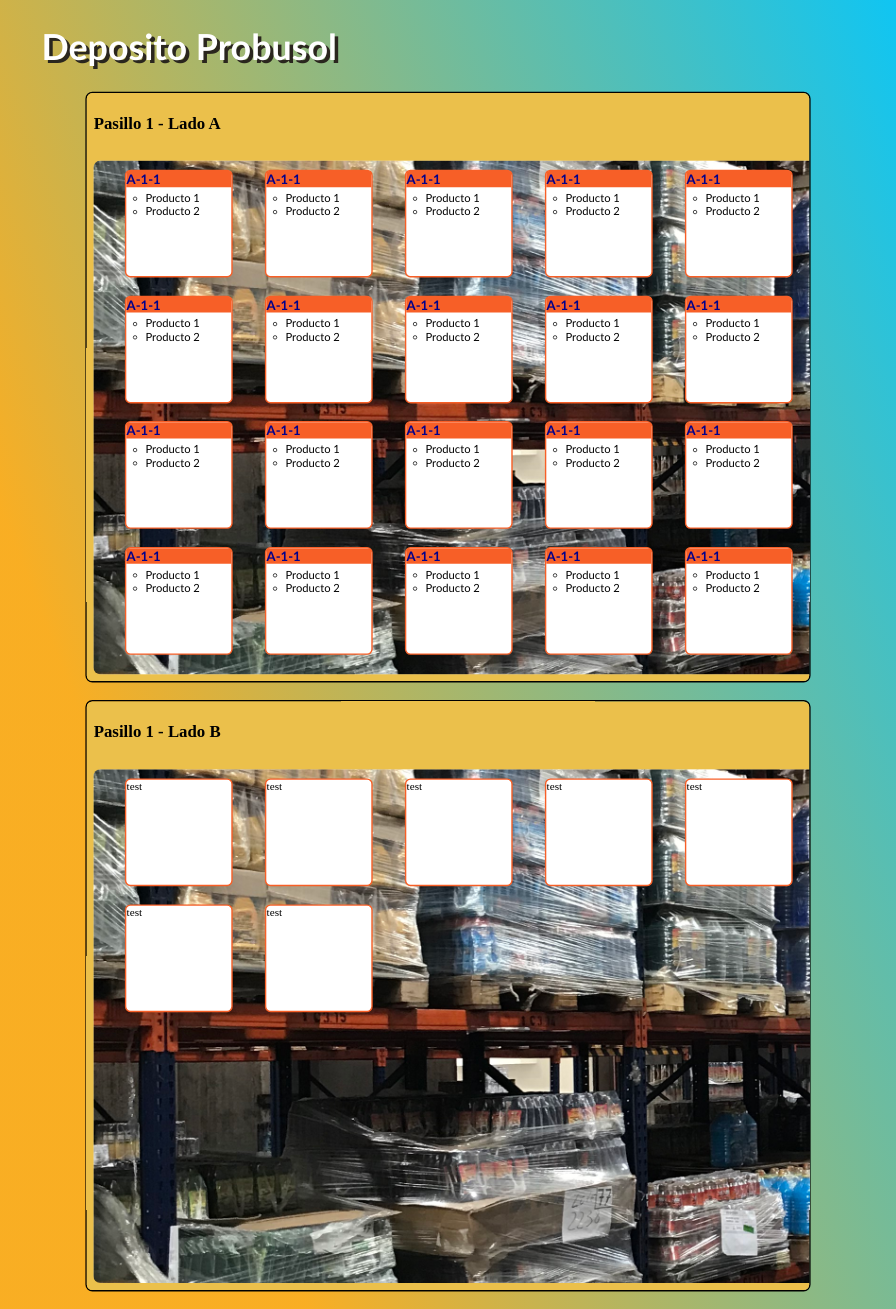
Repository: Franzcod/DepoStock_Web
Page: index.html
These files come from the project's save history. The page is drawn as it stood at one moment and after the next save; the edit follows.
The browser window is 1280 px wide. The pictures show the whole page, at 70% of full size.

Above is the page before, as saved 2020-06-07 22:55:37.
Console error: ReferenceError: ur is not defined

After the next save:
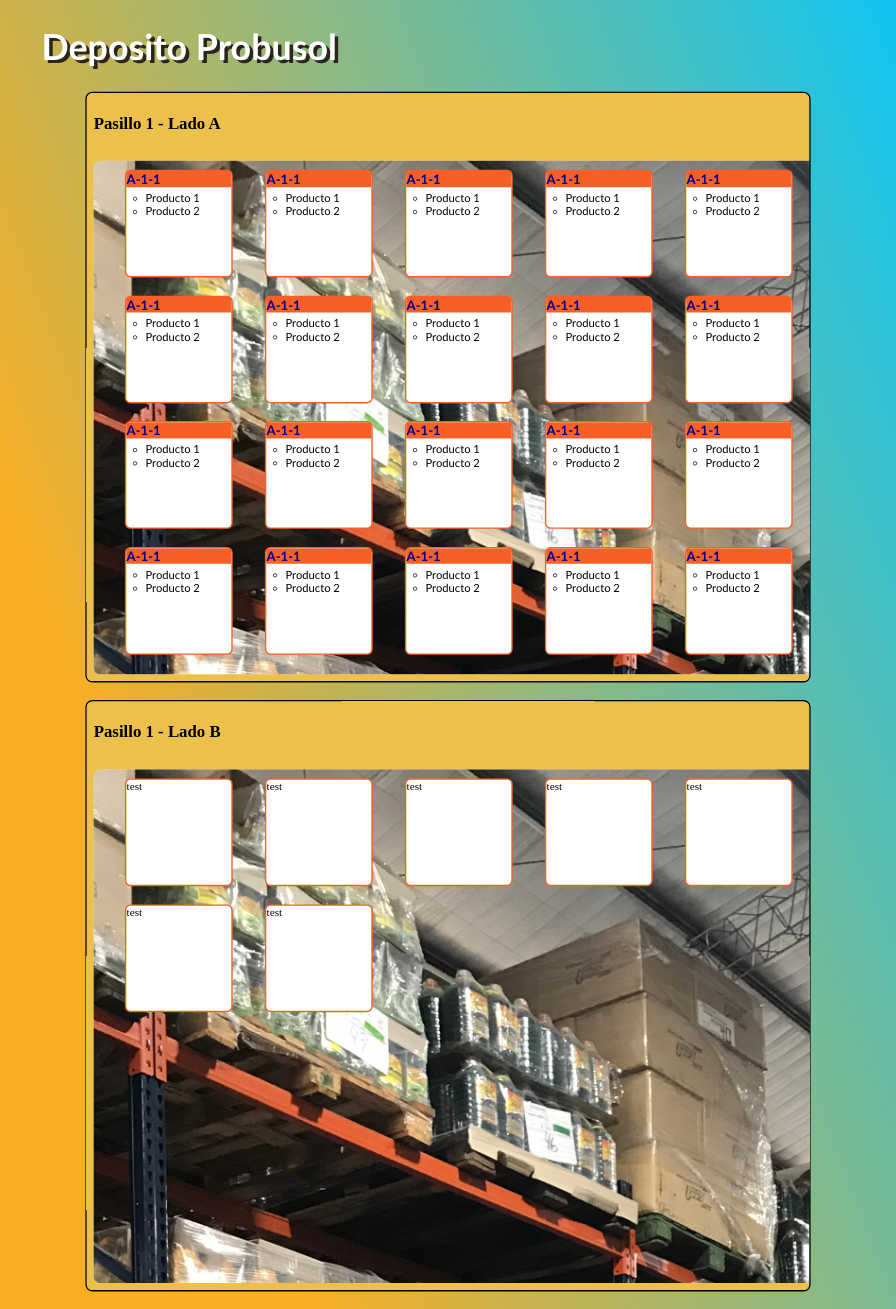
Saved 43 s later.
--- a/estilo/estilo.css
+++ b/estilo/estilo.css
@@ -49,7 +49,7 @@ html{
     margin: auto;
     border-radius: 10px;
     background-image: url("/img/dep.jpg");
-    background-position: center; /* Center the image */
+    background-position: initial; /* Center the image */
     background-repeat: no-repeat; /* Do not repeat the image */
     background-size: cover;
 
